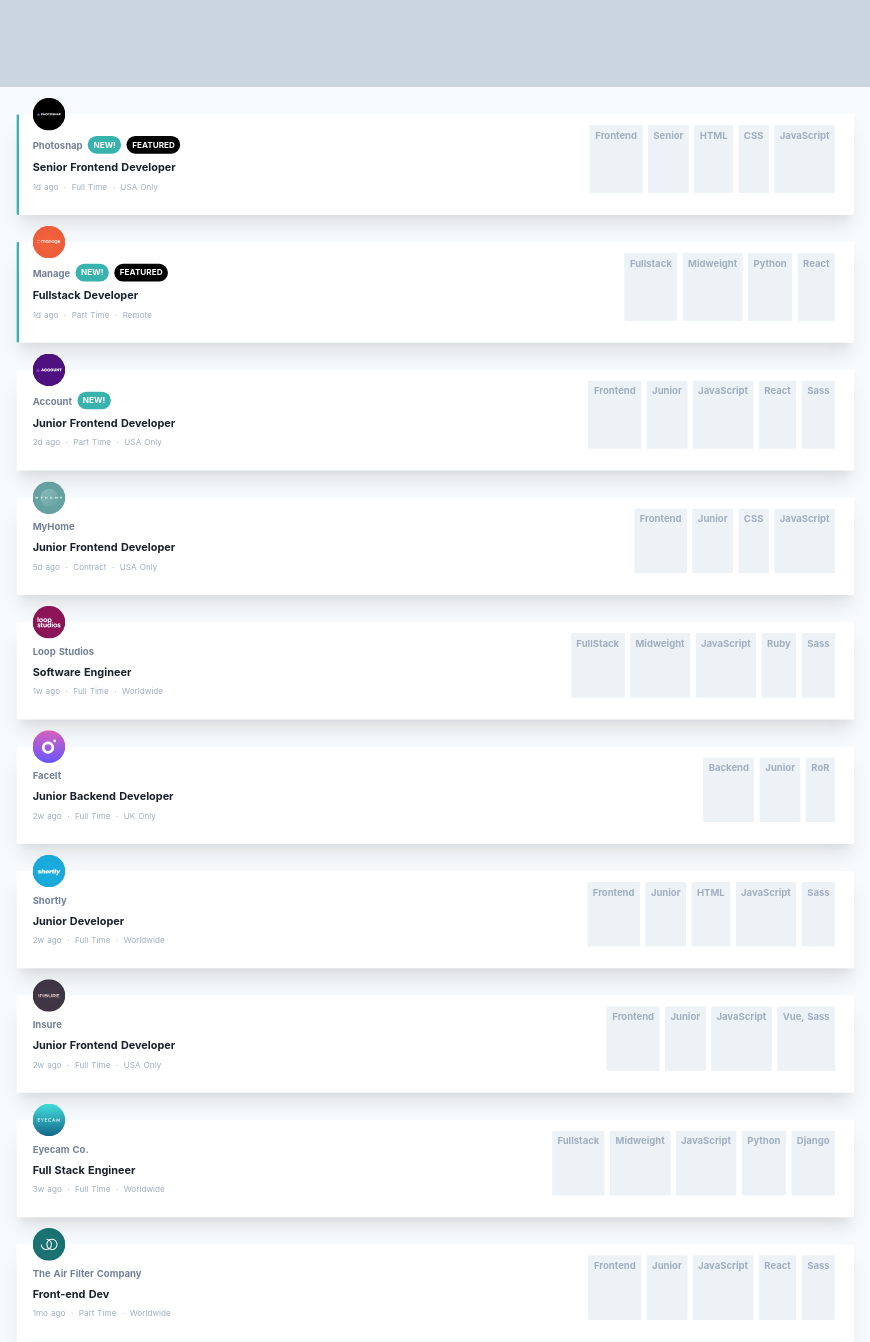
Repository: asongdon/frontendmentor-joblisting
Page: /
The author's editor kept a copy of each file at every save. The page is drawn from the files as they stood at one save, then again after the next save.
The browser window is 1280 px wide. The pictures show the whole page, at 68% of full size.
The project was rebuilt for these pictures with package versions that can differ from the ones it lists, and the page was loaded fresh each time. The framework's server and built-in components were replaced by stand-ins that run in the browser. Also part of the build but not shown: nuxt.config.js.

Above is the page before, as saved 2020-04-12 22:25:22.

After the next save:
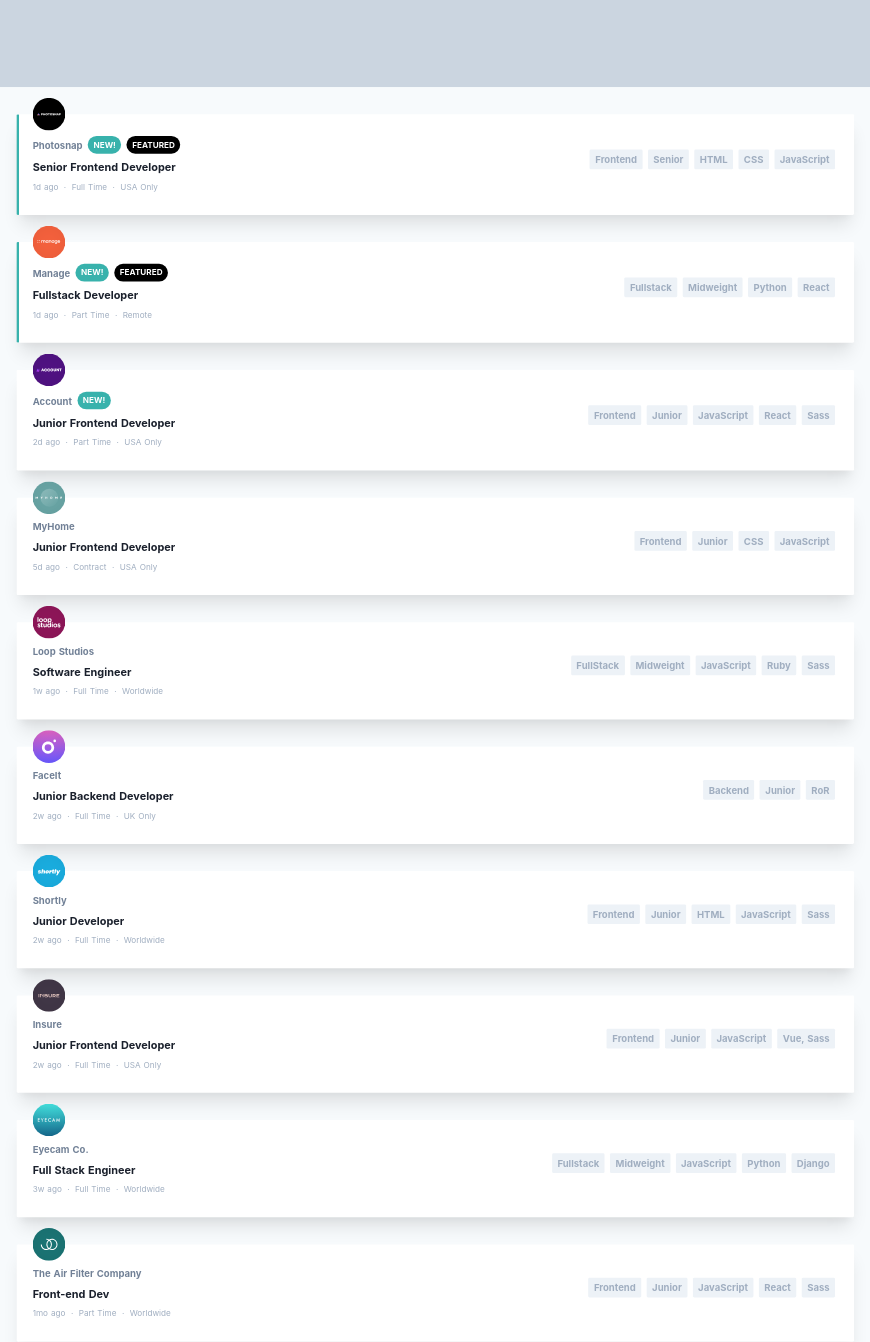
Saved 35 s later.
--- a/components/Maincard.vue
+++ b/components/Maincard.vue
@@ -44,7 +44,7 @@
     <!-- End Info -->
 
     <!-- Tags -->
-    <div class="mt-4 flex flex-wrap justify-start lg:justify-end">
+    <div class="mt-4 flex flex-wrap justify-start lg:justify-end lg:items-center">
       <div
         class="px-2 py-1 bg-gray-200 text-gray-500 rounded-sm font-bold mr-2 mb-4 text-sm"
       >
